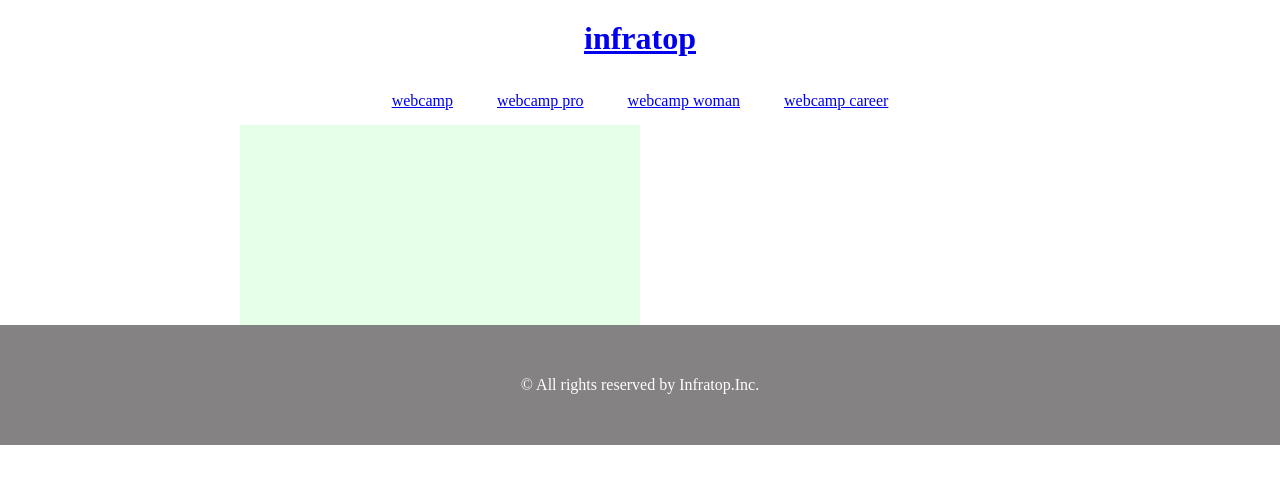
Repository: achoko3/Practice-problem
Page: chapter4/chapter4.html
The author's editor kept a record of every edit. The page is drawn from the files as they stood at one moment, then again after the next edit.
The browser window is 1280 px wide. The pictures show the whole page.

Above is the page before.

After the next edit:
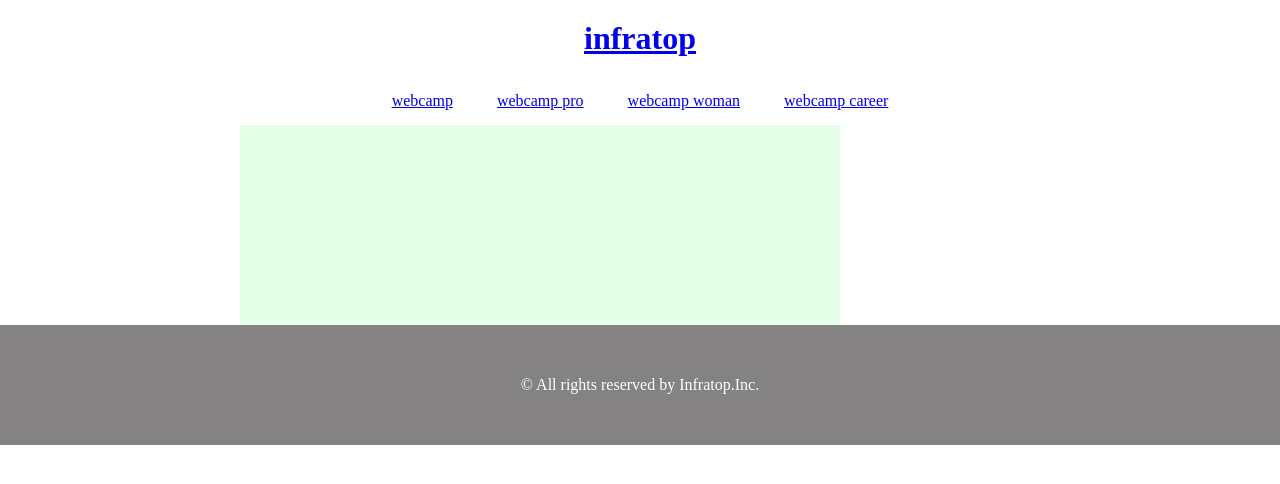
The edit:
--- a/chapter4/chapter4.css
+++ b/chapter4/chapter4.css
@@ -46,6 +46,11 @@
   background-color:#e6ffe9;
 }
 
+.box3{
+  width:200px;
+  height:200px;
+  background-color:#e6ffe9;
+}
 
 
 footer{
